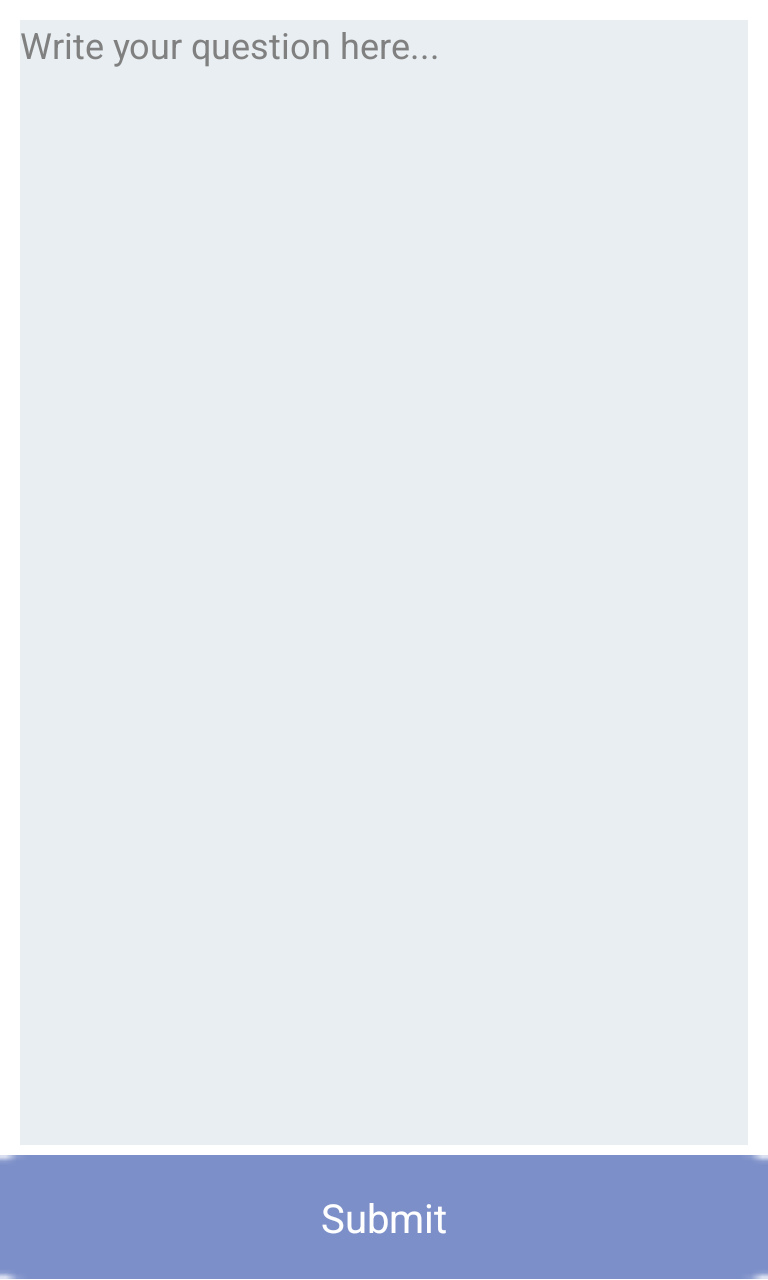
Repository: AdityaKiet/android-work2
Layout: UPTUQuestionBank/res/layout/post_question.xml
An editor plug-in stored every save of this project. The layout is shown before and after a run of saves, followed by the edit.
It is drawn on a 768 x 1280 px phone screen (xhdpi) without system bars, with theme AppTheme; the app's code is not run.

Above is the layout before, as saved 2015-04-25 13:22:34.

After the next 2 saves:
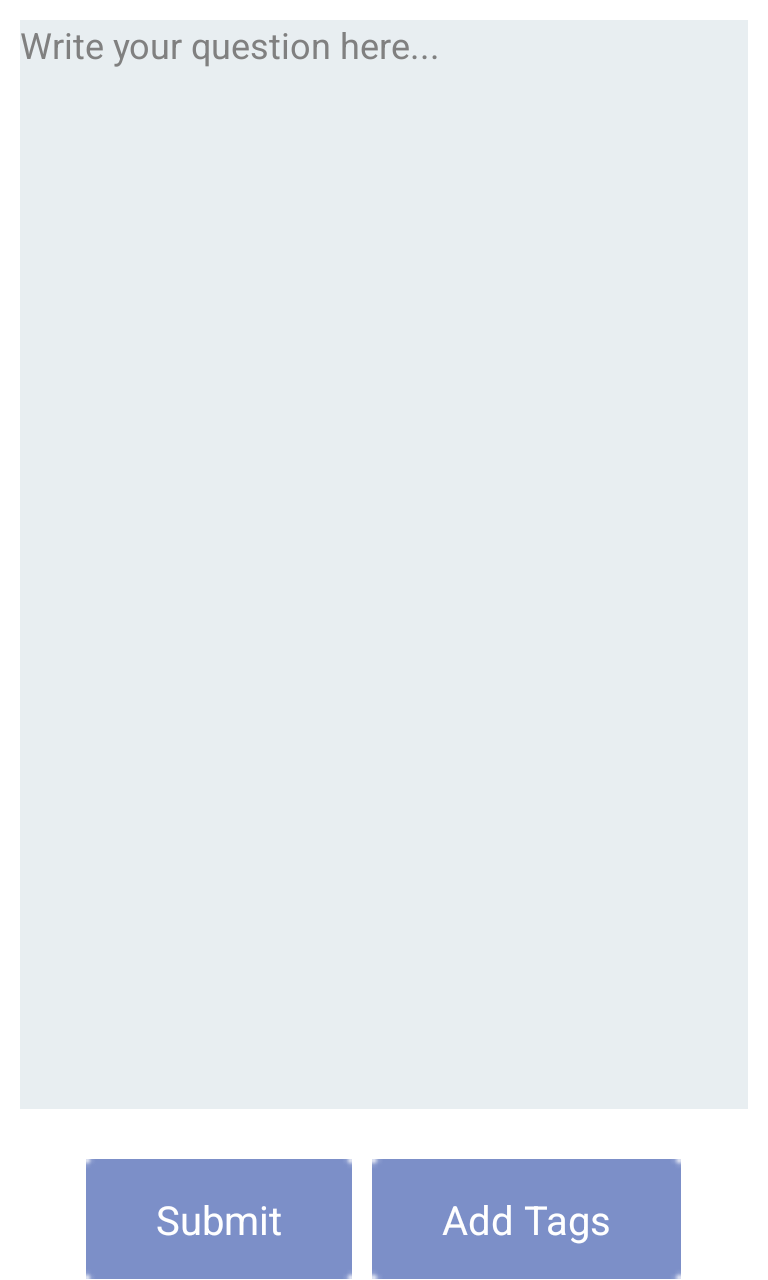
The 2 saves are shown as one change because they came seconds apart.
The last was saved 60 s later.
--- a/UPTUQuestionBank/res/layout/post_question.xml
+++ b/UPTUQuestionBank/res/layout/post_question.xml
@@ -21,16 +21,37 @@
         android:hint="Write your question here..."
         android:textColor="#000000" />
 
-    <Button
-        android:id="@+id/btnSubmitQuestion"
-        android:layout_width="fill_parent"
+    <LinearLayout
+        android:layout_width="wrap_content"
         android:layout_height="0dip"
         android:layout_gravity="center"
-        android:layout_marginTop="5dp"
-        android:layout_weight=".1"
-        android:background="@drawable/button_background"
-        android:text="       Submit       "
-        android:textColor="#ffffff"
-        android:textSize="20sp" />
+        android:layout_marginTop="25dp"
+        android:layout_weight="0.1"
+        android:orientation="horizontal"
+        android:weightSum="1" >
+
+        <Button
+            android:id="@+id/btnSubmitQuestion"
+            android:layout_width="0dip"
+            android:layout_height="match_parent"
+            android:layout_gravity="center"
+            android:layout_weight="0.5"
+            android:background="@drawable/button_background"
+            android:text="       Submit       "
+            android:textColor="#ffffff"
+            android:textSize="20sp" />
+
+        <Button
+            android:id="@+id/btnAddTags"
+            android:layout_width="0dip"
+            android:layout_height="match_parent"
+            android:layout_gravity="center"
+            android:layout_marginLeft="10dp"
+            android:layout_weight="0.5"
+            android:background="@drawable/button_background"
+            android:text="       Add Tags       "
+            android:textColor="#ffffff"
+            android:textSize="20sp" />
+    </LinearLayout>
 
 </LinearLayout>
